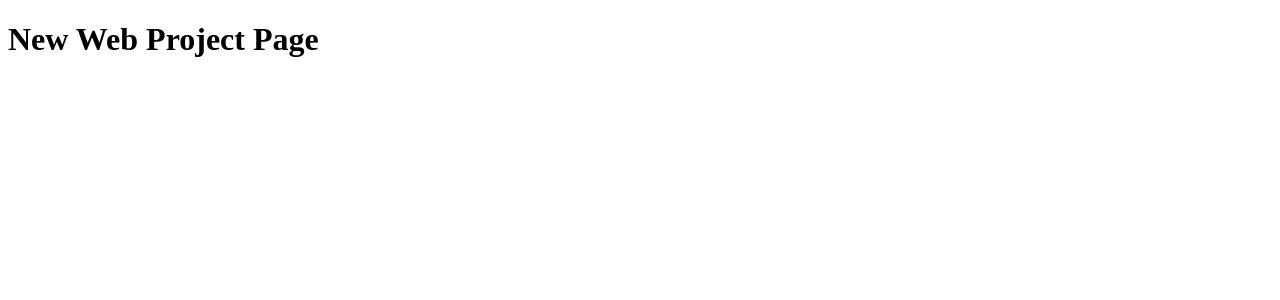
Repository: jkastrup/Kastrup_Jason_WPF
Page: Functions_Wacky/Functions_Wacky/index.html
An editor plug-in stored every save of this project. The page is shown before and after the next save, followed by the edit.
The browser window is 1280 px wide. The pictures show the whole page.

Above is the page before, as saved 2014-03-27 23:20:32.

After the next save:
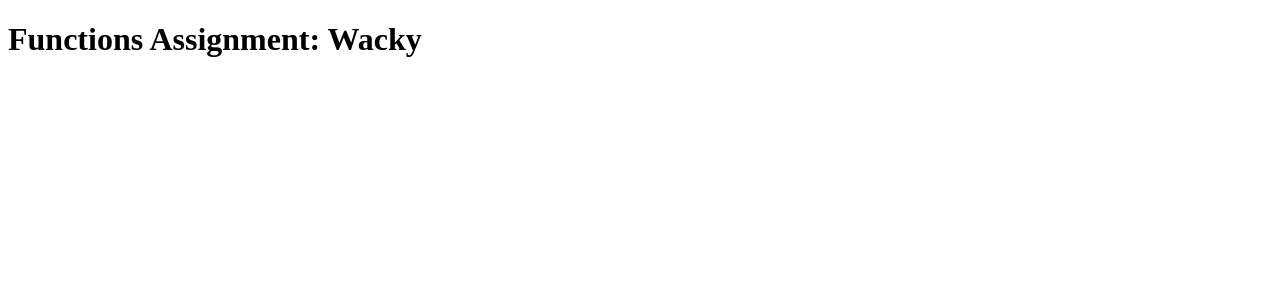
Saved 34 s later.
--- a/Functions_Wacky/Functions_Wacky/index.html
+++ b/Functions_Wacky/Functions_Wacky/index.html
@@ -3,9 +3,10 @@
 <html xmlns="http://www.w3.org/1999/xhtml">
 	<head>
 		<meta http-equiv="Content-Type" content="text/html; charset=utf-8" />
-		<title>New Web Project</title>
+		<title>Functions Assignment: Wacky</title>
 	</head>
 	<body>
-		<h1>New Web Project Page</h1>
+		<h1>Functions Assignment: Wacky</h1>
+		<script src="js/script.js"></script>
 	</body>
 </html>
